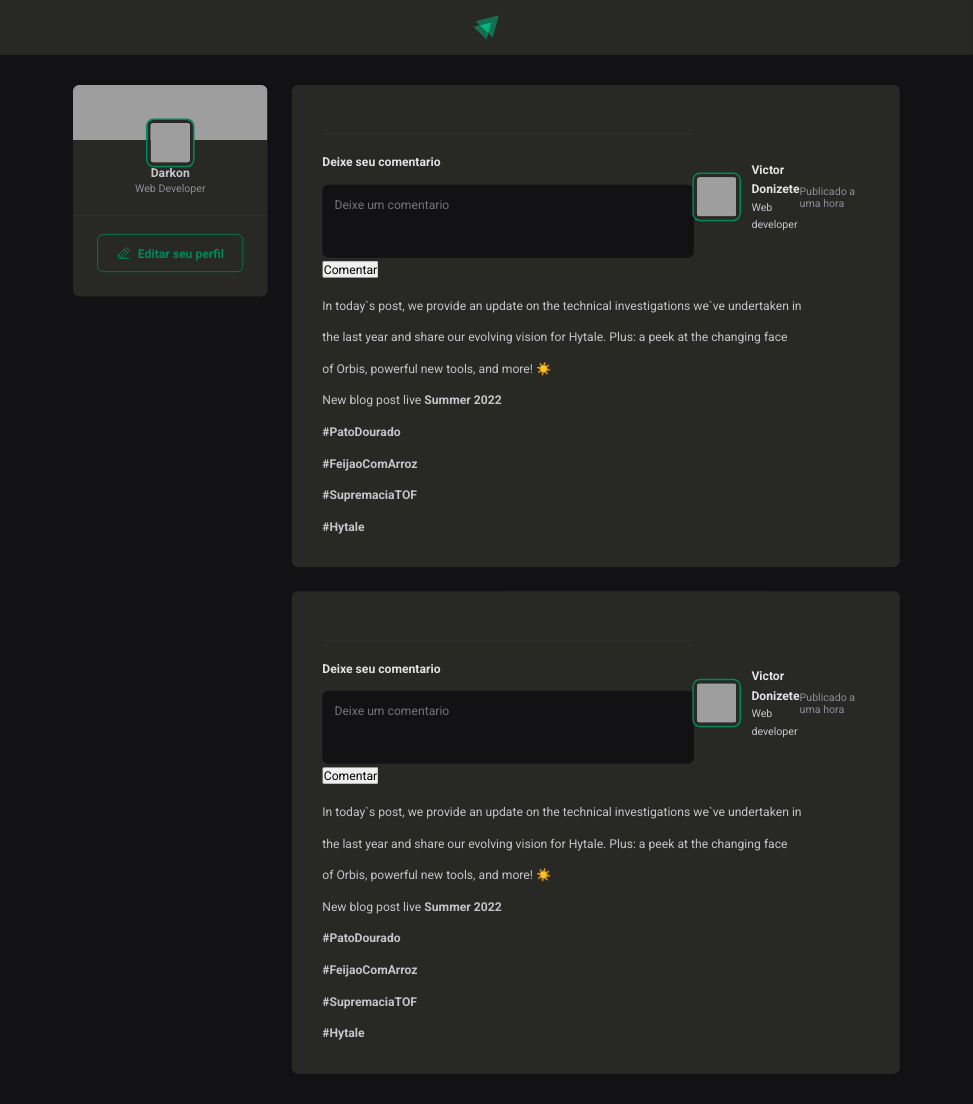
Repository: viviij/PseudoRedeSocial
Page: /
The author's editor kept a copy of each file at every save. The page is drawn from the files as they stood at one save, then again after the next save.
The browser window is 1280 px wide. The pictures show the whole page, at 76% of full size.
Pictures or frames that could not be fetched are drawn as grey boxes. The project was rebuilt for these pictures with package versions that can differ from the ones it lists, and the page was loaded fresh each time. Also part of the build but not shown: vite.config.js.

Above is the page before, as saved 2022-08-02 12:28:08.

After the next save:
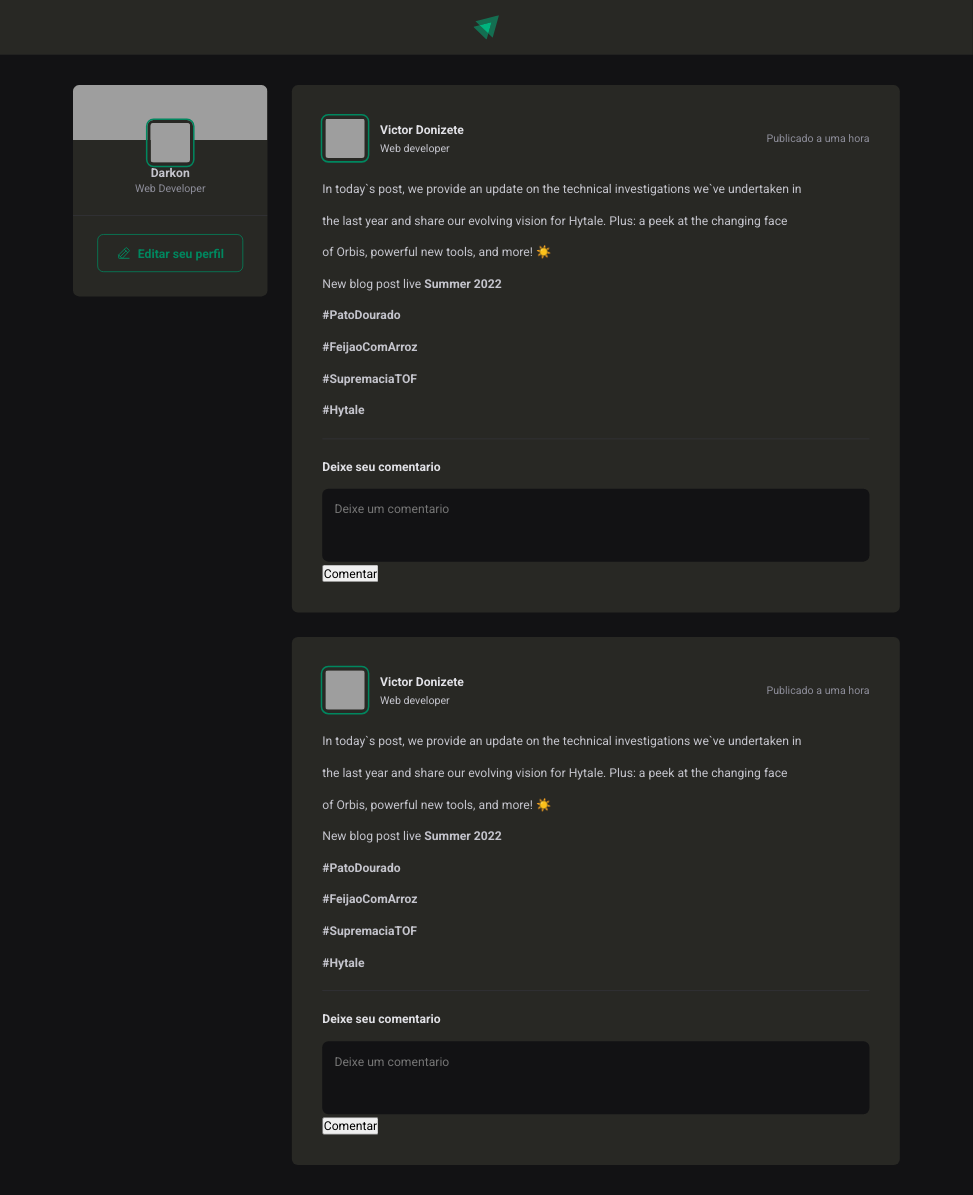
Saved 30 s later.
--- a/src/components/Post.jsx
+++ b/src/components/Post.jsx
@@ -4,15 +4,6 @@ export function Post() {
   return (
     <article className={styles.post}>
       <header>
-        <form className={styles.commentForm}>
-          <strong>Deixe seu comentario</strong>
-
-          <textarea
-            placeholder="Deixe um comentario"
-          />
-
-          <button type="submit">Comentar</button>
-        </form>
         <div className={styles.author}>
           <img className={styles.avatar} src="https://github.com/viviij.png" alt="Foto do perfil" />
           <div className={styles.authorInfo}>
@@ -34,7 +25,15 @@ export function Post() {
         <p><a href="#">#Hytale</a></p>
       </div>
 
+      <form className={styles.commentForm}>
+        <strong>Deixe seu comentario</strong>
 
+        <textarea
+          placeholder="Deixe um comentario"
+        />
+
+        <button type="submit">Comentar</button>
+      </form>
     </article>
   )
 }
